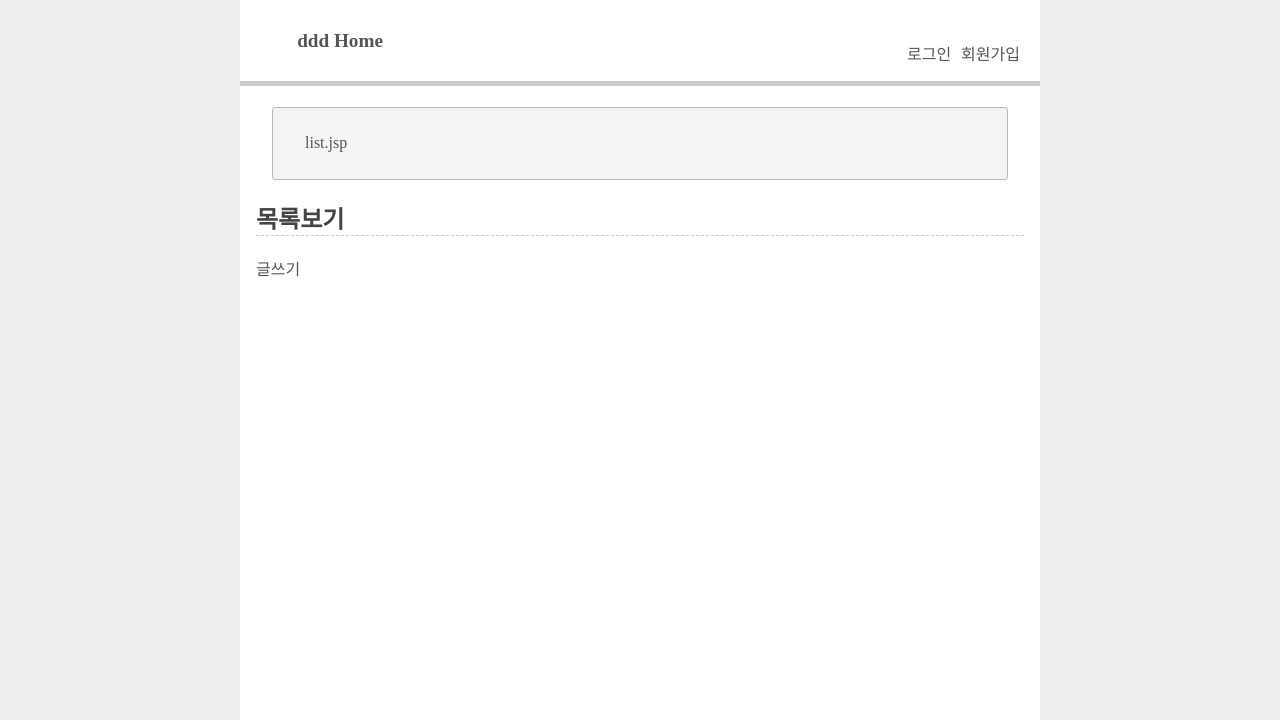
Repository: Deneb0000/JSP
Page: http://localhost/jspPro/days04/board/list.jsp
An editor plug-in stored every save of this project. The page is shown before and after the next save, followed by the edit.
The browser window is 1280 px wide. The pictures show the whole page.
Some web fonts or font styles are not loaded; a fallback is used. The page is served by Tomcat 9.

Above is the page before, as saved 2024-10-18 07:40:17.

After the next save:
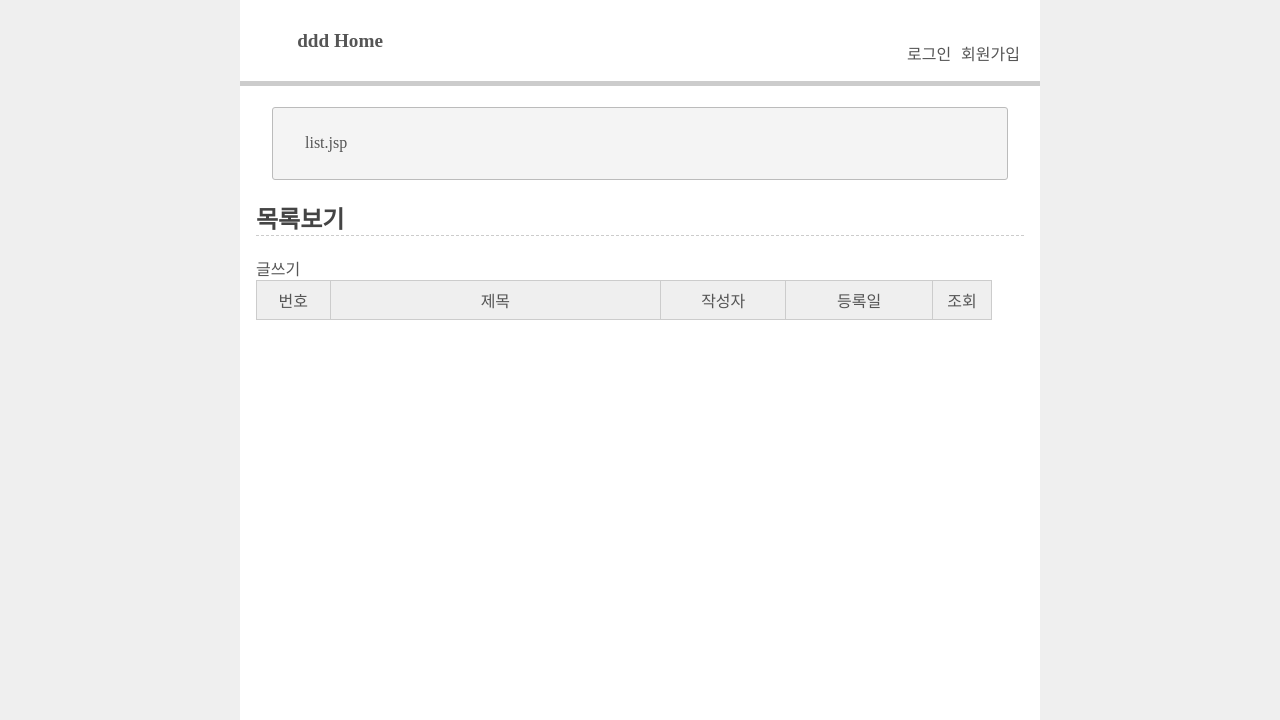
Saved 15 s later.
--- a/jspPro/src/main/webapp/days04/board/list.jsp
+++ b/jspPro/src/main/webapp/days04/board/list.jsp
@@ -37,6 +37,18 @@
   <h2>목록보기</h2>
 
   <a href="<%= contextPath%>/cstvsboard/write.htm">글쓰기</a>
+
+  <table>
+  <thead>
+     <tr>
+        <th width="10%">번호</th>
+        <th width="45%">제목</th>
+        <th width="17%">작성자</th>
+        <th width="20%">등록일</th>
+        <th width="10%">조회</th>
+      </tr>
+   </thead>
+   </table>
 </div>
 </body>
 </html>
